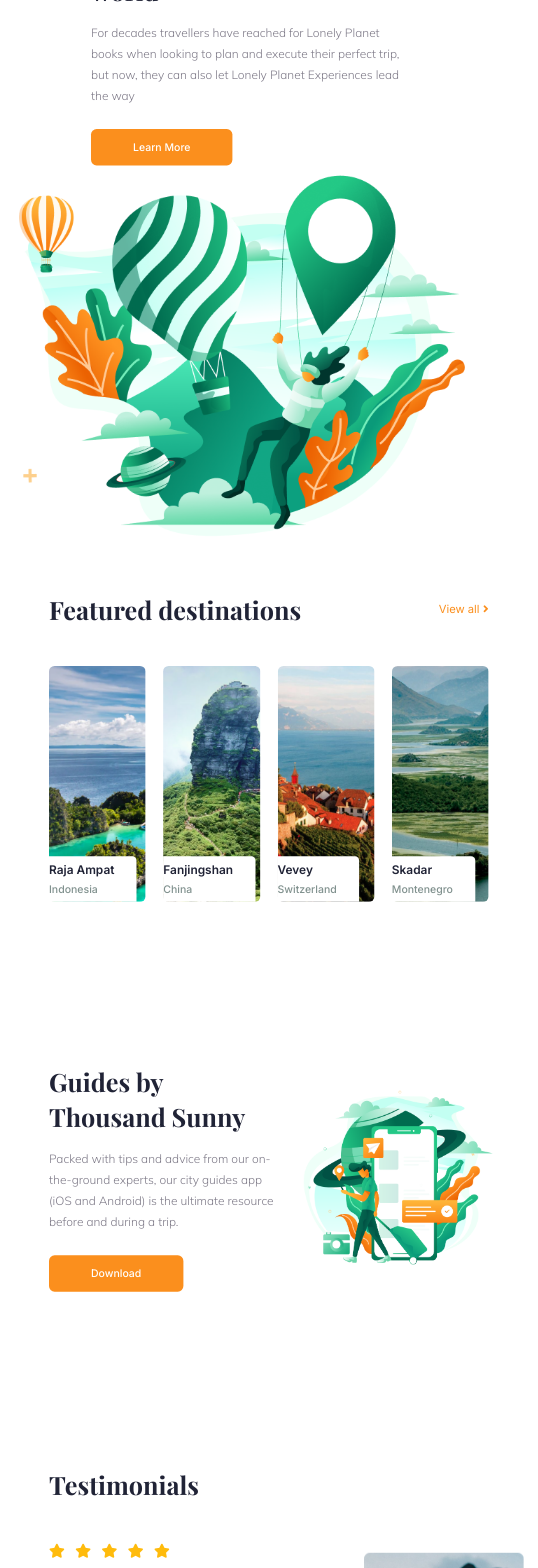
Repository: long5122000/sunny
Page: index.html
The author's editor kept a copy of each file at every save. The page is drawn from the files as they stood at one save, then again after the next save.
The browser window is 768 px wide. The pictures show the part of the page from y = 1516 to 3756 px (the page is 5221 px tall before and 5271 px after), at 70% of full size.
The style sheet was rebuilt from its Sass, Less or Tailwind sources for each picture, by a compiler version that may differ from the author's.

Above is the page before, as saved 2021-11-25 20:20:36.

### index.html
<!DOCTYPE html>
<html lang="en">
  <head>
    <meta charset="UTF-8" />
    <meta http-equiv="X-UA-Compatible" content="IE=edge" />
    <meta name="viewport" content="width=device-width, initial-scale=1.0" />
    <title>Thousand Sunny</title>
    <link rel="preconnect" href="https://fonts.googleapis.com" />
    <link rel="preconnect" href="https://fonts.gstatic.com" crossorigin />
    <link
      href="https://fonts.googleapis.com/css2?family=Inter:wght@400;500;600&family=Mulish:wght@300;700&family=Playfair+Display:wght@700&display=swap"
      rel="stylesheet"
    />
    <link
      rel="stylesheet"
      href="https://use.fontawesome.com/releases/v5.15.4/css/all.css"
      integrity="sha384-DyZ88mC6Up2uqS4h/KRgHuoeGwBcD4Ng9SiP4dIRy0EXTlnuz47vAwmeGwVChigm"
      crossorigin="anonymous"
    />
    <link rel="stylesheet" href="./css/app.css" />
  </head>
  <body>
    <div class="wrapper">
      <header class="header">
        <div class="container">
          <div class="header-main">
            <img srcset="./images/logo.png 2x" alt="" />
            <ul class="menu">
              <li class="menu-item">
                <a href="#" class="menu-link">Home</a>
              </li>
              <li class="menu-item">
                <a href="#" class="menu-link">Destinations</a>
              </li>
              <li class="menu-item">
                <a href="#" class="menu-link">About</a>
              </li>
              <li class="menu-item">
                <a href="#" class="menu-link">Partner</a>
              </li>
              <li class="menu-item">
                <a href="#" class="btn btn--secondary">Login</a>
              </li>
              <li class="menu-item">
                <a href="#" class="btn btn--primary">Register</a>
              </li>
            </ul>
          </div>
        </div>
      </header>
      <main>
        <section class="hero">
          <div class="container">
            <div class="hero-main">
              <div class="hero-content">
                <h1 class="heading hero-heading">Explore and Travel</h1>
                <div class="hero-caption">Holiday finder</div>
                <div class="hero-form">
                  <div class="dropdown">
                    <div class="dropdown-select">
                      <span class="dropdown-value">Location</span>
                      <i class="fas fa-angle-down"></i>
                    </div>
                    <div class="dropdown-list">
                      <div class="dropdown-item">title</div>
                      <div class="dropdown-item">title</div>
                      <div class="dropdown-item">title</div>
                    </div>
                  </div>
                  <div class="dropdown">
                    <div class="dropdown-select">
                      <span class="dropdown-value">Activity</span>
                      <i class="fas fa-angle-down"></i>
                    </div>
                    <div class="dropdown-list">
                      <div class="dropdown-item">title</div>
                      <div class="dropdown-item">title</div>
                      <div class="dropdown-item">title</div>
                    </div>
                  </div>
                  <div class="dropdown">
                    <div class="dropdown-select">
                      <span class="dropdown-value">Grade</span>
                      <i class="fas fa-angle-down"></i>
                    </div>
                    <div class="dropdown-list">
                      <div class="dropdown-item">title</div>
                      <div class="dropdown-item">title</div>
                      <div class="dropdown-item">title</div>
                    </div>
                  </div>
                  <div class="dropdown">
                    <div class="dropdown-select">
                      <span class="dropdown-value">Date</span>
                      <i class="fas fa-angle-down"></i>
                    </div>
                    <div class="dropdown-list">
                      <div class="dropdown-item">title</div>
                      <div class="dropdown-item">title</div>
                      <div class="dropdown-item">title</div>
                    </div>
                  </div>
                </div>
                <a href="#!" class="btn btn--primary">Explore</a>
              </div>
              <div class="hero-image">
                <img srcset="./images/img1.png 2x" alt="" />
              </div>
            </div>
          </div>
        </section>
        <section class="explore">
          <div class="container">
            <div class="explore-main">
              <div class="explore-image">
                <img srcset="./images/img2.png 2x" alt="" />
              </div>
              <div class="explore-content">
                <h2 class="heading explore-heading heading--small">
                  A new way to explore the world
                </h2>
                <p class="text explore-desc">
                  For decades travellers have reached for Lonely Planet books
                  when looking to plan and execute their perfect trip, but now,
                  they can also let Lonely Planet Experiences lead the way
                </p>
                <div class="btn btn--primary" href="!#">Learn More</div>
              </div>
            </div>
          </div>
        </section>
        <section class="destination">
          <div class="container">
            <div class="destination-header">
              <h2 class="heading heading--small">Featured destinations</h2>
              <a href="#!" class="viewall">
                <span>View all</span>
                <i class="fas fa-angle-right"></i>
              </a>
            </div>
            <div class="destination-list">
              <div class="destination-item">
                <div class="destination-image">
                  <img srcset="./images/destination1.png 2x" alt="" />
                </div>
                <div class="destination-content">
                  <h3 class="destination-name">Raja Ampat</h3>
                  <span class="destination-country">Indonesia</span>
                </div>
              </div>
              <div class="destination-item">
                <div class="destination-image">
                  <img srcset="./images/destination2.png 2x" alt="" />
                </div>
                <div class="destination-content">
                  <h3 class="destination-name">Fanjingshan</h3>
                  <span class="destination-country">China</span>
                </div>
              </div>
              <div class="destination-item">
                <div class="destination-image">
                  <img srcset="./images/destination3.png 2x" alt="" />
                </div>
                <div class="destination-content">
                  <h3 class="destination-name">Vevey</h3>
                  <span class="destination-country">Switzerland</span>
                </div>
              </div>
              <div class="destination-item">
                <div class="destination-image">
                  <img srcset="./images/destination4.png 2x" alt="" />
                </div>
                <div class="destination-content">
                  <h3 class="destination-name">Skadar</h3>
                  <span class="destination-country">Montenegro</span>
                </div>
              </div>
            </div>
          </div>
        </section>
        <section class="guides">
          <div class="container">
            <div class="guides-main">
              <div class="guides-content">
                <h2 class="heading guides-heading heading--small">
                  Guides by Thousand Sunny
                </h2>
                <div class="text guides-desc">
                  Packed with tips and advice from our on-the-ground experts,
                  our city guides app (iOS and Android) is the ultimate resource
                  before and during a trip.
                </div>
                <a href="#!" class="btn btn--primary">Download</a>
              </div>
              <div class="guides-image">
                <img srcset="./images/img3.png 2x" alt="" />
              </div>
            </div>
          </div>
        </section>
        <section class="testimonial">
          <div class="container">
            <div class="testimonial-main">
              <h2 class="heading heading--small testimonial-heading">
                Testimonials
              </h2>
              <div class="testimonial-container">
                <div class="testimonial-content">
                  <div class="testimonial-rating">
                    <i class="fa fa-star"></i>
                    <i class="fa fa-star"></i>
                    <i class="fa fa-star"></i>
                    <i class="fa fa-star"></i>
                    <i class="fa fa-star"></i>
                  </div>
                  <div class="testimonial-desc text">
                    “Quisque in lacus a urna fermentum euismod. Integer mi nibh,
                    dapibus ac scelerisque eu, facilisis quis purus. Morbi
                    blandit sit amet turpis nec”
                  </div>
                  <div class="testimonial-author">
                    <h3 class="testimonial-name">John Smith</h3>
                    <span class="testimonial-job">Founder Circle</span>
                  </div>
                </div>
                <div class="testimonial-image">
                  <img srcset="./images/testimonial.png 2x" alt="" />
                </div>
              </div>
            </div>
          </div>
        </section>
        <section class="story">
          <div class="container">
            <div class="story-header">
              <h2 class="heading heading--small story-heading">
                Trending stories
              </h2>
              <a href="#!" class="viewall">
                <span>View all</span>
                <i class="fas fa-angle-right"></i>
              </a>
            </div>
            <div class="story-list">
              <div class="story-item">
                <div class="story-image">
                  <img srcset="./images/story1.png 2x" alt="" />
                </div>
                <div class="story-content">
                  <h3 class="story-title">
                    The many benefits of taking a healing holiday
                  </h3>
                  <p class="story-desc">
                    ‘Helaing holidays’ are on the rise tohelp maximise your
                    health and happines...
                  </p>
                  <a href="#!" class="story-more">Read more</a>
                </div>
              </div>
              <div class="story-item">
                <div class="story-image">
                  <img srcset="./images/story2.png 2x" alt="" />
                </div>
                <div class="story-content">
                  <h3 class="story-title">
                    The best Kyoto restaurant to try Japanese food
                  </h3>
                  <p class="story-desc">
                    From tofu to teahouses, here’s our guide to Kyoto’s best
                    restaurants to visit...
                  </p>
                  <a href="#!" class="story-more">Read more</a>
                </div>
              </div>
              <div class="story-item">
                <div class="story-image">
                  <img srcset="./images/story3.png 2x" alt="" />
                </div>
                <div class="story-content">
                  <h3 class="story-title">
                    Skip Chichen Itza and head to this remote Yucatan
                  </h3>
                  <p class="story-desc">
                    It’s remote and challenging to get, but braving the jungle
                    and exploring these ruins without the...
                  </p>
                  <a href="#!" class="story-more">Read more</a>
                </div>
              </div>
              <div class="story-item">
                <div class="story-image">
                  <img srcset="./images/story4.png 2x" alt="" />
                </div>
                <div class="story-content">
                  <h3 class="story-title">
                    Surf’s up at these beginner spots around the world
                  </h3>
                  <p class="story-desc">
                    If learning to surf has in on your to- do list for a while,
                    the good news is: it’s never too late...
                  </p>
                  <a href="#!" class="story-more">Read more</a>
                </div>
              </div>
            </div>
          </div>
        </section>
      </main>
      <div class="footer">
        <div class="container">
          <div class="footer-top">
            <div class="footer-column">
              <img srcset="./images/logo.png 2x" alt="" class="footer-logo" />
              <p class="text footer-desc">
                Plan and book your perfect trip with expert advice, travel tips
                destination information from us
              </p>
              <p class="text copyright">
                ©2020 Thousand Sunny. All rights reserved
              </p>
            </div>
            <div class="footer-column">
              <h3 class="footer-title">Destinations</h3>
              <ul class="footer-links">
                <li class="footer-item">
                  <a href="#!" class="footer-link">Africa</a>
                </li>
                <li class="footer-item">
                  <a href="#!" class="footer-link">Antarctica</a>
                </li>
                <li class="footer-item">
                  <a href="#!" class="footer-link">Asia</a>
                </li>
                <li class="footer-item">
                  <a href="#!" class="footer-link">Europe</a>
                </li>
                <li class="footer-item">
                  <a href="#!" class="footer-link">America</a>
                </li>
              </ul>
            </div>
            <div class="footer-column">
              <h3 class="footer-title">Shop</h3>
              <ul class="footer-links">
                <li class="footer-item">
                  <a href="#!" class="footer-link">Destination Guides</a>
                </li>
                <li class="footer-item">
                  <a href="#!" class="footer-link">Pictorial & Gifts</a>
                </li>
                <li class="footer-item">
                  <a href="#!" class="footer-link">Special Offers</a>
                </li>
                <li class="footer-item">
                  <a href="#!" class="footer-link">Delivery Times</a>
                </li>
                <li class="footer-item">
                  <a href="#!" class="footer-link">FAQs</a>
                </li>
              </ul>
            </div>
            <div class="footer-column">
              <h3 class="footer-title">Interests</h3>
              <ul class="footer-links">
                <li class="footer-item">
                  <a href="#!" class="footer-link">Adventure Travel </a>
                </li>
                <li class="footer-item">
                  <a href="#!" class="footer-link">Art And Culture</a>
                </li>
                <li class="footer-item">
                  <a href="#!" class="footer-link">Wildlife And Nature</a>
                </li>
                <li class="footer-item">
                  <a href="#!" class="footer-link">Family Holidays</a>
                </li>
                <li class="footer-item">
                  <a href="#!" class="footer-link">Food And Drink</a>
                </li>
              </ul>
            </div>
          </div>
          <div class="footer-bottom">
            <a href="#!" class="footer-social">
              <i class="fab fa-facebook-square"></i>
            </a>
            <a href="#!" class="footer-social">
              <i class="fab fa-facebook-square"></i>
            </a>
            <a href="#!" class="footer-social">
              <i class="fab fa-facebook-square"></i>
            </a>
            <a href="#!" class="footer-social">
              <i class="fab fa-facebook-square"></i>
            </a>
            <a href="#!" class="footer-social">
              <i class="fab fa-facebook-square"></i>
            </a>
          </div>
        </div>
      </div>
    </div>
    <script src="scripts/app.js"></script>
  </body>
</html>

### sass/app.scss
@import "reset";
@import "variables";
@import "global";
@import "typography";
@import "header";
@import "menu";
@import "hero";
@import "explore";
@import "destination";
@import "guides";
@import "testimonial";
@import "story";
@import "footer";

### sass/_variables.scss
$primary-font: "Inter", sans-serif;
$secondary-font: "Playfair Display", serif;
$third-font: "Mulish", sans-serif;
$gray: #b8becd;
$gray-dark: #afb0b9;
$gray-darker: #7d7987;
$gray-darkest: #202336;
$primary-color: #fb8f1d;
$gray-blur: #80918e;
$gray-lighter: #f9f9fb;

### sass/_global.scss
body {
  overflow-x: hidden;
}
.wrapper {
  max-width: 1600px;
  margin: 0 auto;
}
.container {
  max-width: 1260px;
  margin: 0 auto;
  padding: 0 20px;
}
ul {
  list-style: none;
}
.btn {
  display: inline-flex;
  justify-content: center;
  align-items: center;
  cursor: pointer;
  font-size: 15px;
  font-weight: 500;
  font-family: $primary-font;
  line-height: 1;
  height: 52px;
  padding: 0 60px;
  border-radius: 8px;
  background-color: transparent;
  border: 0;
  outline: none;
  &--primary {
    color: white;
    background-color: $primary-color;
  }
  &--secondary {
    color: $primary-color;
    border: 1px solid currentColor;
  }
}
.dropdown {
  &-list {
    display: none;
  }
  &-select {
    display: flex;
    justify-content: space-between;
    align-items: center;
    padding: 20px 30px;
    border-radius: 6px;
    border: 1px solid $gray-dark;
    color: $gray-darkest;
    cursor: pointer;
  }
}
.viewall {
  color: $primary-color;
  display: flex;
  align-items: center;
  gap: 0 5px;
}

### sass/_typography.scss
body {
  font-family: $primary-font;
  font-size: 16px;
  line-height: 1;
  color: $gray;
}
.heading {
  font-family: $secondary-font;
  color: $gray-darkest;
  &--small {
    line-height: 139%;
    font-size: 36px;
  }
}
.text {
  font-weight: 300;
  line-height: 176%;
  font-size: 17px;
  color: $gray-darker;
  font-family: $third-font;
}

### sass/_header.scss
.header {
  padding-top: 45px;
  padding-bottom: 70px;
  &-main {
    display: flex;
    justify-content: space-between;
    align-items: center;
  }
}

### sass/_menu.scss
.menu {
  display: flex;
  align-items: center;
  gap: 0 35px;
  &-link {
    color: inherit;
  }
  @media screen and (max-width: 1023px) {
    display: none;
  }
  @media screen and (max-width: 767px) {
    padding: 30px 0;
  }
}

### sass/_hero.scss
.hero {
  margin-bottom: 270px;
  &-main {
    display: flex;
    justify-content: space-between;
    align-items: center;
  }
  &-heading {
    font-size: 64px;
    line-height: 125%;
    margin-bottom: 74px;
  }
  &-caption {
    font-size: 22px;
    font-weight: 600;
    margin-bottom: 48px;
    padding-bottom: 20px;
    display: inline-block;
    position: relative;
    color: $gray-darkest;
    &:before {
      content: "";
      position: absolute;
      bottom: 0;
      left: 0;
      width: 32px;
      height: 2px;
      background-color: $gray-darkest;
    }
  }
  &-content {
    width: 100%;
  }
  &-form {
    margin-bottom: 50px;
    display: grid;
    grid-template-columns: 1fr 1fr;
    grid-gap: 30px;
  }
  @media screen and (min-width: 1280px) {
    &-image {
      transform: translateX(85px);
    }
  }
  @media screen and (min-width: 1024px) {
    &-content {
      width: 100%;
      max-width: 470px;
    }
  }

  @media screen and (max-width: 1023px) {
    margin-bottom: 75px;
    &-main {
      flex-direction: column;
      gap: 50px 0;
    }
  }
}

### sass/_explore.scss
.explore {
  margin-bottom: 292px;
  &-main {
    display: flex;
    justify-content: space-between;
    align-items: center;
    gap: 0 50px;
  }
  &-content {
    max-width: 508px;
    padding-right: 58px;
  }
  &-image {
    transform: translateX(-50px);
  }
  &-heading {
    margin-bottom: 20px;
  }
  &-desc {
    margin-bottom: 33px;
  }
  @media screen and (max-width: 1023px) {
    margin-bottom: 75px;
    &-main {
      flex-direction: column-reverse;
    }
  }
}

### sass/_destination.scss
.destination {
  margin-bottom: 232px;

  &-header {
    display: flex;
    justify-content: space-between;
    align-items: center;
    margin-bottom: 56px;
    padding-left: 50px;
    padding-right: 50px;
  }
  &-list {
    padding-left: 50px;
    padding-right: 50px;
    display: grid;
    grid-template-columns: repeat(4, 1fr);
    grid-gap: 25px;
  }

  &-item {
    height: 337px;
    position: relative;
  }
  &-image {
    width: 100%;
    height: 100%;
  }
  &-image img {
    border-radius: 8px;
    height: 100%;
    width: 100%;
    object-fit: cover;
  }
  &-content {
    position: absolute;
    bottom: 0;
    left: 0;
    z-index: 2;
    background: #ffffff;
    border-radius: 0px 6px 0px 0px;
    padding: 11px 32px 11px 0;
  }
  &-name {
    font-size: 17px;
    font-weight: 600;
    color: $gray-darkest;
    margin-bottom: 10px;
  }
  &-country {
    font-weight: 500;
    font-size: 15px;
    color: $gray-blur;
  }
}

### sass/_guides.scss
.guides {
  margin-bottom: 250px;
  &-main {
    display: flex;
    justify-content: space-between;
    align-items: center;
    gap: 0 80px;
  }
  &-content {
    max-width: 450px;
    width: 100%;
    transform: translateX(50px);
  }
  &-image {
    padding-right: 40px;
  }
  &-heading {
    margin-bottom: 20px;
  }
  &-desc {
    margin-bottom: 33px;
  }
}

### sass/_testimonial.scss
.testimonial {
  margin-bottom: 270px;
  &-heading {
    margin-bottom: 60px;
  }
  &-main {
    max-width: 1085px;
    padding-left: 50px;
    position: relative;
  }
  &-container {
    display: flex;
    justify-content: space-between;
    align-items: center;
  }
  &-content {
    max-width: 450px;
  }
  &-rating {
    font-size: 20px;
    display: flex;
    align-items: center;
    gap: 15px;
    margin-bottom: 30px;
    color: #ffbb0c;
  }
  &-desc {
    color: #000;
    margin-bottom: 40px;
    font-size: 24px;
    font-weight: 400;
  }
  &-name {
    font-size: 22px;
    font-weight: bold;
    color: #000;
    margin-bottom: 20px;
  }
  &-job {
    font-size: 18px;
    color: #000;
  }
}

### sass/_story.scss
.story {
  margin-bottom: 270px;
  &-header {
    display: flex;
    justify-content: space-between;
    align-items: center;
    margin-bottom: 60px;
    padding: 0 50px;
  }
  &-list {
    display: grid;
    grid-template-columns: repeat(4, 1fr);
    grid-gap: 25px;
    padding: 0 50px;
  }
  &-image {
    height: 230px;
    margin-bottom: 20px;
    img {
      width: 100%;
      height: 100%;
      object-fit: cover;
      border-radius: 8px 8px 0 0;
      object-position: top;
    }
  }
  &-title {
    font-size: 19px;
    color: #000;
    margin-bottom: 15px;
    line-height: 158%;
  }
  &-desc {
    margin-bottom: 23px;
    line-height: 175%;
    font-size: 15px;
    color: $gray-darker;
    display: -webkit-box;
    -webkit-line-clamp: 3;
    -webkit-box-orient: vertical;
    overflow: hidden;
    text-overflow: ellipsis;
    word-break: break-word;
  }
  &-more {
    font-size: 15px;
    font-weight: 600;
    color: $primary-color;
    margin-top: auto;
  }
  &-item {
    display: flex;
    flex-direction: column;
  }
  &-content {
    flex: 1;
    display: flex;
    flex-direction: column;
  }
}

### sass/_footer.scss
.footer {
  background-color: $gray-lighter;
  padding-top: 80px;
  font-family: $third-font;
  display: none;
  &-top {
    display: grid;
    grid-template-columns: 3fr repeat(3, 1fr);
    grid-gap: 30px 80px;
    padding-bottom: 77px;
    border-bottom: 1px solid #c4c4c4;
  }
  &-bottom {
    display: flex;
    justify-content: center;
    align-items: center;
    padding: 30px 0;
    gap: 0 35px;
  }
  &-logo {
    margin-bottom: 26px;
  }
  &-desc {
    margin-bottom: 55px;
    font-size: 18px;
    max-width: 335px;
  }
  &-copyright {
    font-size: 17px;
  }
  &-title {
    color: #000;
    font-size: 19px;
    margin-bottom: 40px;
    font-weight: bold;
  }
  &-item {
    margin-bottom: 25px;
  }

  &-link {
    color: #848484;
  }
}

Loaded but not shown: sass/_reset.scss (common file); scripts/app.js (no stored copy; drawn as an empty file)

After the next save:
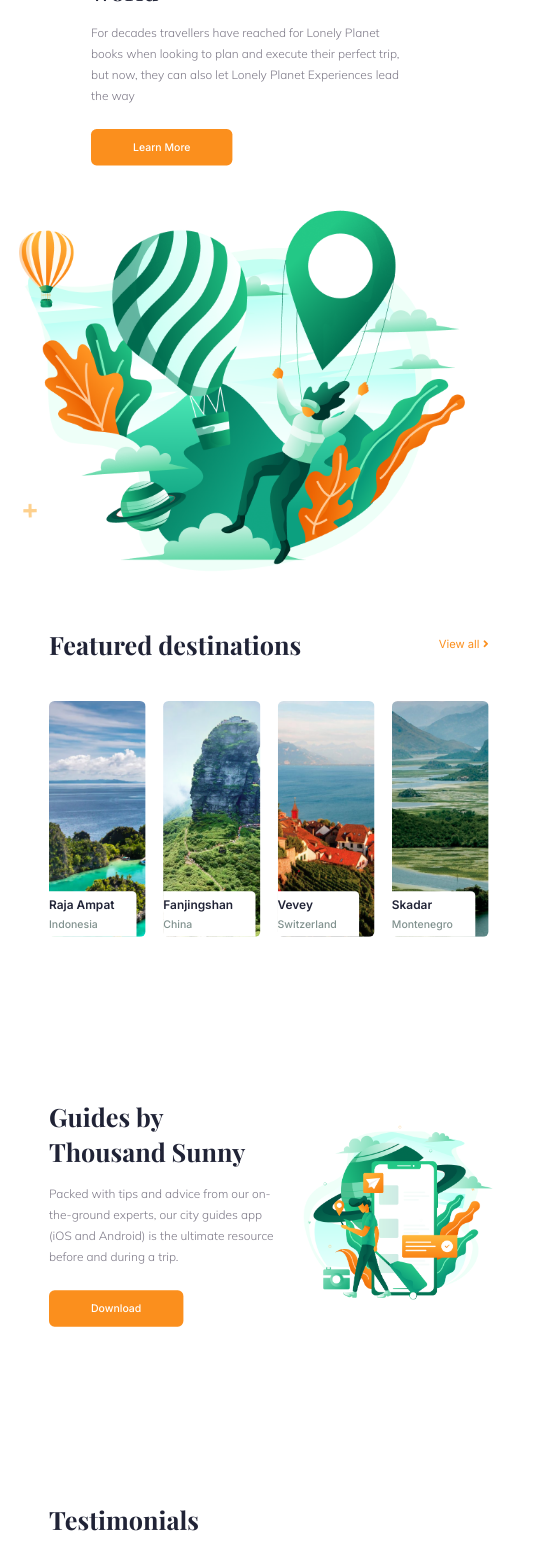
Saved 10 s later.
--- a/sass/_explore.scss
+++ b/sass/_explore.scss
@@ -23,6 +23,7 @@
     margin-bottom: 75px;
     &-main {
       flex-direction: column-reverse;
+      gap: 50px 0;
     }
   }
 }
